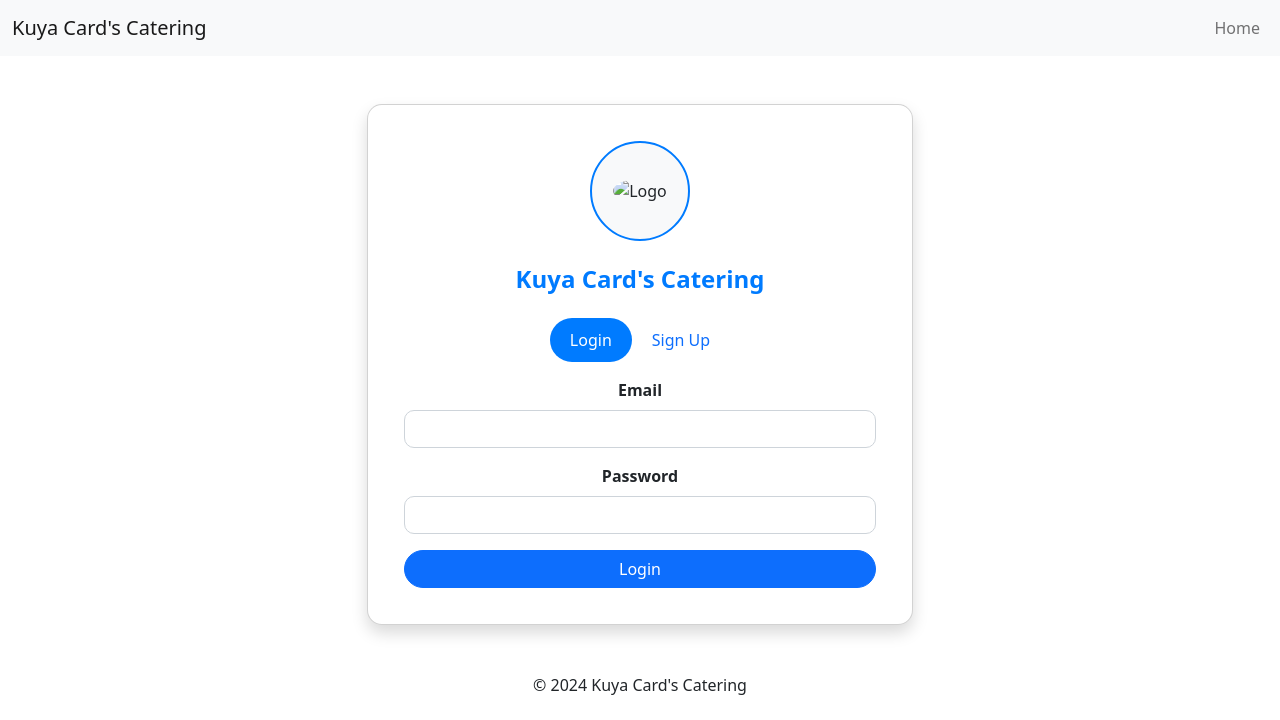
Repository: banbanny/kuyacards_catering
Page: http://localhost/
An editor plug-in stored every save of this project. The page is shown before and after the next save, followed by the edit.
The browser window is 1280 px wide. The pictures show the whole page.
Pictures or frames that could not be fetched are drawn as grey boxes. The page is run by PHP 8.4 with error messages shown; the project is at /var/www/html/.

Above is the page before, as saved 2024-11-29 12:38:16.
Console error: TypeError: Cannot read properties of null (reading 'addEventListener')
Not found: logo.png

### index.php
<?php

require_once('php/catering_db.php');

// Check if the user is already logged in
if (isset($_SESSION['user_id'])) {
    header("Location: home.php"); // Redirect to home if already logged in
    exit();
}

if ($_SERVER['REQUEST_METHOD'] == 'POST') {
    if (isset($_POST['login'])) {
        // Sanitize email and password
        $email = htmlspecialchars(strip_tags($_POST['email']));
        $password = $_POST['password'];

        // Check if both email and password are provided
        if (empty($email) || empty($password)) {
            $login_error = "Please enter both email and password.";
            error_log("Login error: Both email and password are required.");
        } else {
            // Fetch user data from the database
            try {
                $sql = "SELECT * FROM users WHERE email = ?";
                $stmt = $db->prepare($sql);
                $stmt->execute([$email]);
                $user = $stmt->fetch(PDO::FETCH_ASSOC);

                if ($user) {
                    // Direct password comparison (since we are storing plain text passwords)
                    if ($password === $user['password']) {
                        // Password matches, set session and redirect
                        $_SESSION['user_id'] = $user['user_id'];
                        $_SESSION['email'] = $user['email'];
                        header("Location: index.php");
                        exit();
                    } else {
                        $login_error = "Invalid Email or Password!";
                        error_log("Login failed: Incorrect password for email: " . $email);
                    }
                } else {
                    $login_error = "Invalid Email or Password!";
                    error_log("Login failed: No user found with email: " . $email);
                }
            } catch (PDOException $e) {
                error_log("Database error: " . $e->getMessage());  // Log database-related errors
                $login_error = "There was an error with the database. Please try again.";
            }
        }
    }

    if (isset($_POST['signup'])) {
        // Check if email and password are provided
        if (!empty($_POST['email']) && !empty($_POST['password'])) {
            $email = htmlspecialchars(strip_tags($_POST['email']));
            $password = htmlspecialchars(strip_tags($_POST['password']));

            // Insert plain text password (no hashing)
            $sql = "INSERT INTO users (email, password) VALUES (?, ?)";
            $stmtinsert = $db->prepare($sql);

            try {
                $result = $stmtinsert->execute([$email, $password]); // Don't hash the password
                if ($result) {
                    header("Location: home.php?signup=success"); // Redirect to login form
                    exit();
                } else {
                    echo '<div class="alert alert-danger">Signup failed. Please try again.</div>';
                }
            } catch (PDOException $e) {
                echo '<div class="alert alert-danger">Error: ' . $e->getMessage() . '</div>';
            }
        } else {
            echo '<div class="alert alert-danger">Both email and password are required.</div>';
        }
    }
}
?>

<!DOCTYPE html>
<html lang="en">
<head>
    <meta charset="UTF-8" />
    <meta name="viewport" content="width=device-width, initial-scale=1.0" />
    <title>Login</title>
    <link href="https://cdn.jsdelivr.net/npm/bootstrap@5.2.3/dist/css/bootstrap.min.css" rel="stylesheet" />
    <style>
        .form-container {
            display: none;
        }

        .form-container.active {
            display: block;
        }
    </style>
</head>
<body>

<!-- Navbar -->
<nav class="navbar navbar-expand-lg navbar-light bg-light">
    <div class="container-fluid">
        <a class="navbar-brand" href="#">Kuya Card's Catering</a>
        <ul class="navbar-nav">
            <li class="nav-item">
                <a class="nav-link" href="index.php">Home</a>
            </li>
        </ul>
    </div>
</nav>

<div class="container mt-5">
    <div class="row justify-content-center">
        <div class="col-md-6">
            <div class="card shadow text-center">
                <div class="card-body">
                    <!-- Logo -->
                    <div class="logo-container mx-auto mb-4">
                        <img src="logo.png" alt="Logo" class="img-fluid rounded-circle" />
                    </div>
                    <h4 class="mb-4">Kuya Card's Catering</h4>

                    <!-- Tabs -->
                    <ul class="nav nav-pills justify-content-center mb-3" id="pills-tab" role="tablist">
                        <li class="nav-item" role="presentation">
                            <button class="nav-link active" id="pills-login-tab" data-bs-toggle="pill" data-bs-target="#pills-login" type="button" role="tab" aria-controls="pills-login" aria-selected="true">Login</button>
                        </li>
                        <li class="nav-item" role="presentation">
                            <button class="nav-link" id="pills-signup-tab" data-bs-toggle="pill" data-bs-target="#pills-signup" type="button" role="tab" aria-controls="pills-signup" aria-selected="false">Sign Up</button>
                        </li>
                    </ul>

                    <!-- Form Content -->
                    <div class="tab-content" id="pills-tabContent">
                        <!-- Login Form -->
                        <div class="tab-pane fade show active" id="pills-login" role="tabpanel" aria-labelledby="pills-login-tab">
                            <form action="home.php" method="POST">
                                <div class="mb-3">
                                    <label for="login-email" class="form-label">Email</label>
                                    <input type="email" class="form-control" id="login-email" name="email" required />
                                </div>
                                <div class="mb-3">
                                    <label for="login-password" class="form-label">Password</label>
                                    <input type="password" class="form-control" id="login-password" name="password" required />
                                </div>
                                <?php if (isset($login_error)) { echo '<div class="alert alert-danger">' . $login_error . '</div>'; } ?>
                                <button type="submit" class="btn btn-primary w-100" name="login">Login</button>
                            </form>
                        </div>

                        <!-- Sign Up Form -->
                        <div class="tab-pane fade" id="pills-signup" role="tabpanel" aria-labelledby="pills-signup-tab">
                            <form action="home.php" method="POST">
                                <div class="mb-3">
                                    <label for="signup-email" class="form-label">Email</label>
                                    <input type="email" class="form-control" id="signup-email" name="email" required />
                                </div>
                                <div class="mb-3">
                                    <label for="signup-password" class="form-label">Password</label>
                                    <input type="password" class="form-control" id="signup-password" name="password" required />
                                </div>
                                <button type="submit" class="btn btn-success w-100" name="signup">Sign Up</button>
                            </form>
                        </div>
                    </div>
                </div>
            </div>
        </div>
    </div>
</div>

<style>
    .card {
        border-radius: 15px;
        padding: 20px;
        background-color: #ffffff;
    }
    .logo-container {
        width: 100px;
        height: 100px;
        border: 2px solid #007bff;
        border-radius: 50%;
        padding: 10px;
        display: flex;
        justify-content: center;
        align-items: center;
        background-color: #f8f9fa;
    }
    .logo-container img {
        max-width: 80%;
        max-height: 80%;
        border-radius: 50%;
    }
    h4 {
        color: #007bff;
        font-weight: bold;
    }
    .nav-pills .nav-link {
        border-radius: 30px;
        padding: 10px 20px;
    }
    .nav-pills .nav-link.active {
        background-color: #007bff;
        color: #fff;
    }
    .form-label {
        font-weight: bold;
    }
    .form-control {
        border-radius: 10px;
    }
    .btn {
        border-radius: 30px;
    }
</style>

<!-- Footer -->
<footer class="text-center mt-5">
    <p>&copy; 2024 Kuya Card's Catering</p>
</footer>

<script src="https://cdn.jsdelivr.net/npm/bootstrap@5.2.3/dist/js/bootstrap.bundle.min.js"></script>
<script>
    const loginForm = document.getElementById('loginForm');
    const signupForm = document.getElementById('signupForm');
    const showLogin = document.getElementById('showLogin');
    const showSignup = document.getElementById('showSignup');

    showLogin.addEventListener('click', () => {
        loginForm.classList.add('active');
        signupForm.classList.remove('active');
        // Reset the login form fields
        document.getElementById('login-email').value = '';
        document.getElementById('login-password').value = '';
    });

    showSignup.addEventListener('click', () => {
        signupForm.classList.add('active');
        loginForm.classList.remove('active');
        // Reset the signup form fields
        document.getElementById('signup-email').value = '';
        document.getElementById('signup-password').value = '';
    });
</script>

</body>
</html>

### php/catering_db.php
<?php

$db_user = "root";           // Database username
$db_pass = "";               // Database password
$db_name = "catering_db";    // Database name
$db_host = "localhost";      // Database host

try {
    // Use utf8mb4 charset for better Unicode support
    $dsn = "mysql:host=$db_host;dbname=$db_name;charset=utf8mb4";
    $db = new PDO($dsn, $db_user, $db_pass);

    // Set PDO error mode to exception for easier debugging
    $db->setAttribute(PDO::ATTR_ERRMODE, PDO::ERRMODE_EXCEPTION);
} catch (PDOException $e) {
    // Log error and show generic error message
    error_log("Database connection error: " . $e->getMessage()); // Log the error for debugging
    die('Database connection failed. Please try again later.');   // Generic error message
}

After the next save:
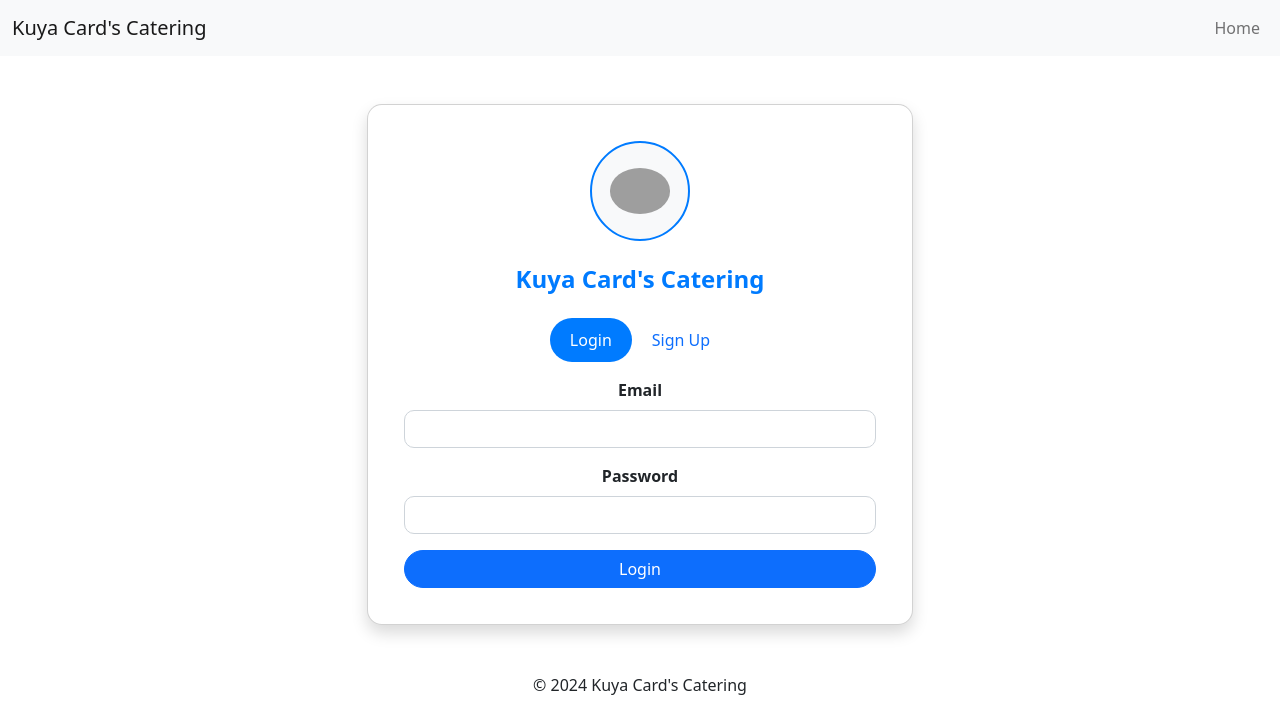
Saved 109 s later.
--- a/index.php
+++ b/index.php
@@ -115,7 +115,7 @@ if ($_SERVER['REQUEST_METHOD'] == 'POST') {
                 <div class="card-body">
                     <!-- Logo -->
                     <div class="logo-container mx-auto mb-4">
-                        <img src="logo.png" alt="Logo" class="img-fluid rounded-circle" />
+                        <img src="C:\xampp\htdocs\BandBooking\pics\logo.png" alt="Logo" class="img-fluid rounded-circle" />
                     </div>
                     <h4 class="mb-4">Kuya Card's Catering</h4>
 
